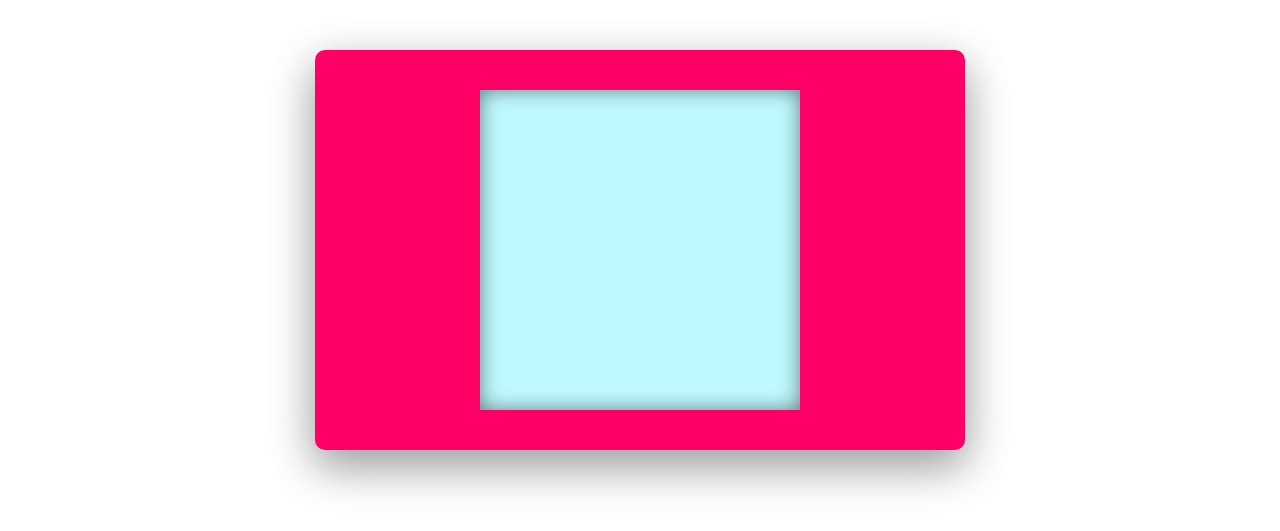
Repository: Zolds403/pokedex
Page: /
An editor plug-in stored every save of this project. The page is shown before and after the next save, followed by the edit.
The browser window is 1280 px wide. The pictures show the whole page.
The project was rebuilt for these pictures with package versions that can differ from the ones it lists, and the page was loaded fresh each time.

Above is the page before, as saved 2021-06-30 14:05:42.

After the next save:
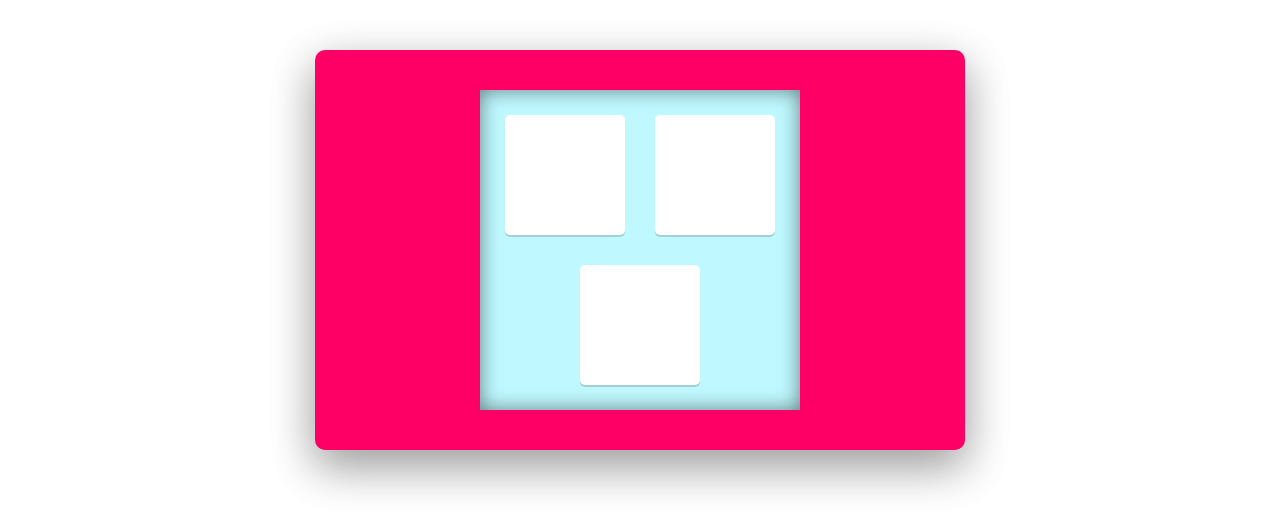
Saved 16 min 39 s later.
--- a/src/components/PokeList.js
+++ b/src/components/PokeList.js
@@ -1,10 +1,13 @@
 import React from 'react';
+import PokeCell from './PokeCell'
 import './styles/PokeList.css';
 
 const PokeList = () => {
     return (
         <section className="poke-list">
-
+            <PokeCell />
+            <PokeCell />
+            <PokeCell />
         </section>
     )
 }
